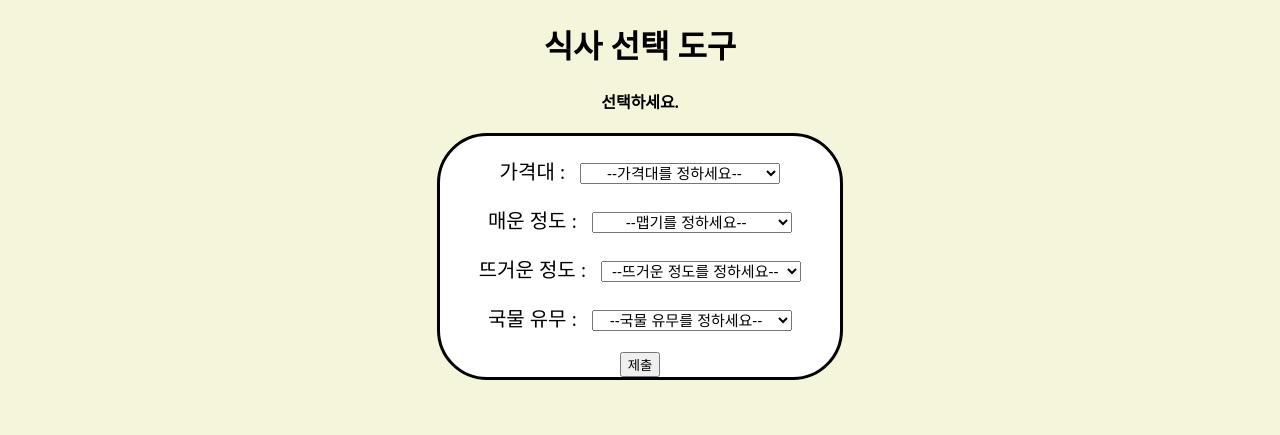
Repository: kimgh06/JavaWeb
Page: http://localhost/what/
An editor plug-in stored every save of this project. The page is shown before and after the next save, followed by the edit.
The browser window is 1280 px wide. The pictures show the whole page.
The page is served by Tomcat 9. Other server files are loaded and not shown.

Above is the page before, as saved 2022-11-04 01:05:38.

### what/src/main/webapp/index.jsp
<%@ page language="java" contentType="text/html; charset=EUC-KR"
	pageEncoding="EUC-KR"%>
<!DOCTYPE html>
<html>
<head>
<meta charset="EUC-KR">
<title>식사 선택 도구</title>
<link href="./main.css?after" rel="stylesheet" type="text/css">
</head>
<body>
	<div id="main">
		<h1>식사 선택 도구</h1>
		<div>
		<b>선택하세요.</b>
		</div>
		<form id="form">
			<div>
				<label>가격대 :</label> <select>
					<option value="-1">--가격대를 정하세요--</option>
					<option value="1">8000원 이하</option>
					<option value="2">13000원 이하</option>
					<option value="3">18000원 이하</option>
					<option value="4">23000원 이하</option>
					<option value="5">23000원 이상</option>
				</select>
			</div>
			<div>
				<label>매운 정도 :</label> <select>
					<option value="-1">--맵기를 정하세요--</option>
					<option value="하">맵지 않음</option>
					<option value="중">적당히 매움</option>
					<option value="상">매움</option>
				</select>
			</div>
			<div>
				<label>뜨거운 정도 :</label> <select>
					<option value="-1">--뜨거운 정도를 정하세요--</option>
					<option value="하">뜨겁지 않음</option>
					<option value="중">따뜻함</option>
					<option value="상">뜨거움</option>
				</select>
			</div>
			<div>
				<label>국물 유무 :</label> <select>
					<option value="-1">--국물 유무를 정하세요--</option>
					<option value="0">없음</option>
					<option value="1">있음</option>
				</select>
			</div>
			<button>제출</button>
		</form>
	</div>
</body>
</html>

### what/src/main/webapp/main.css
@CHARSET "UTF-8";

body{
	background-color: beige;
}

#main{
	text-align: center;
	display: block;
}

#main div{
	margin:20px;
}

#form{
	background-color:white;
	width: 400px;
	display: block;
	border: 3px solid black;
	border-radius: 50px;
	margin:auto;
}

#form div{
	font-size: 20px;
	margin-bottom: 20px;
}
#form div select{
	text-align:center;
	margin-left: 10px;
	width:200px;
	font-size: 15px;
}

After the next save:
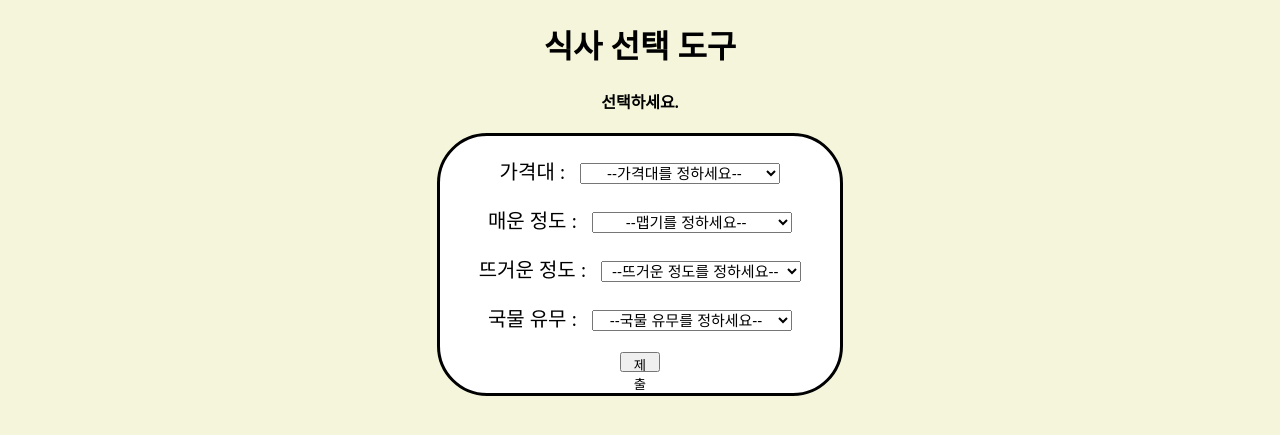
Saved 14 min 30 s later.
--- a/what/src/main/webapp/main.css
+++ b/what/src/main/webapp/main.css
@@ -26,9 +26,15 @@ body{
 	font-size: 20px;
 	margin-bottom: 20px;
 }
+
 #form div select{
 	text-align:center;
 	margin-left: 10px;
 	width:200px;
 	font-size: 15px;
 }
+
+#form button{
+	height: 20px;
+	width: 40px;
+}
